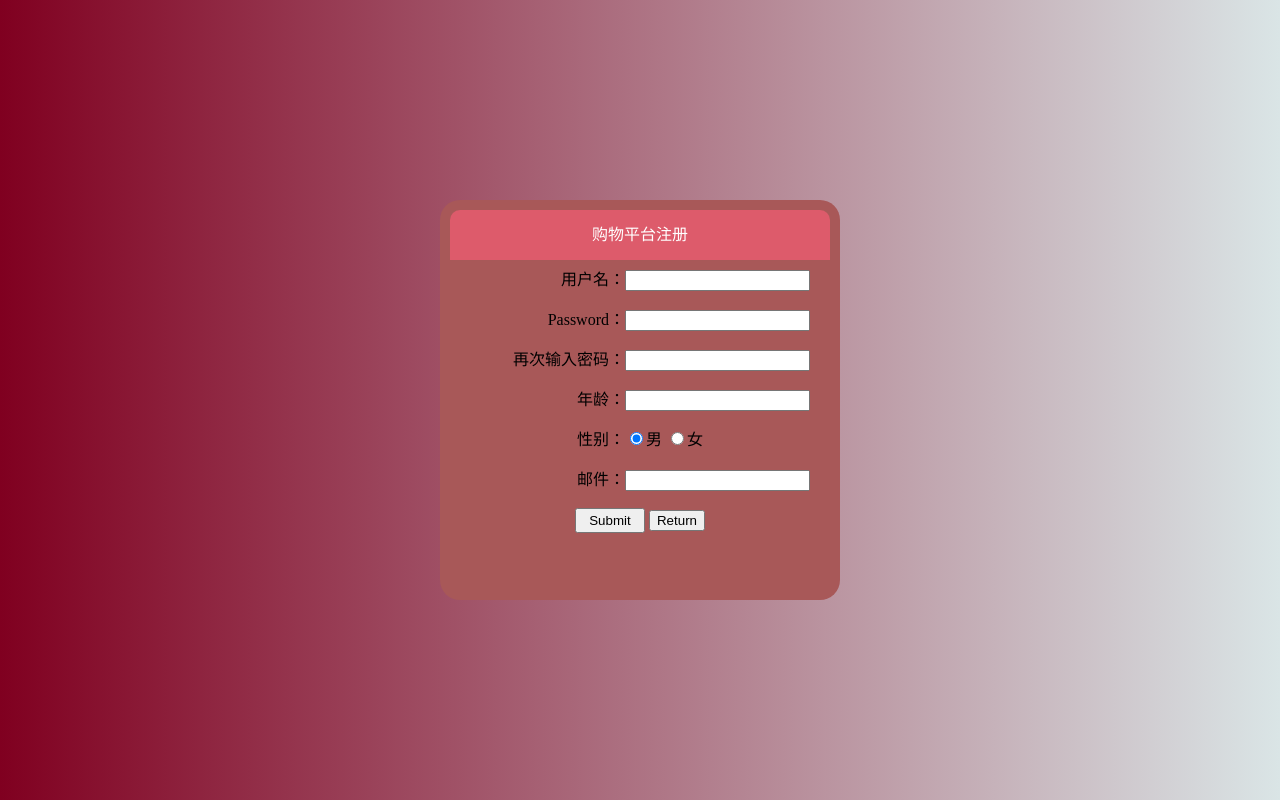
Repository: CreativeNothings/CQUPT-training
Page: ShoppingPlatform/WebContent/RegisterPage.html
An editor plug-in stored every save of this project. The page is shown before and after the next save, followed by the edit.
The browser window is 1280 px wide. The pictures show the whole page.

Above is the page before, as saved 2023-06-28 06:11:34.

After the next save:
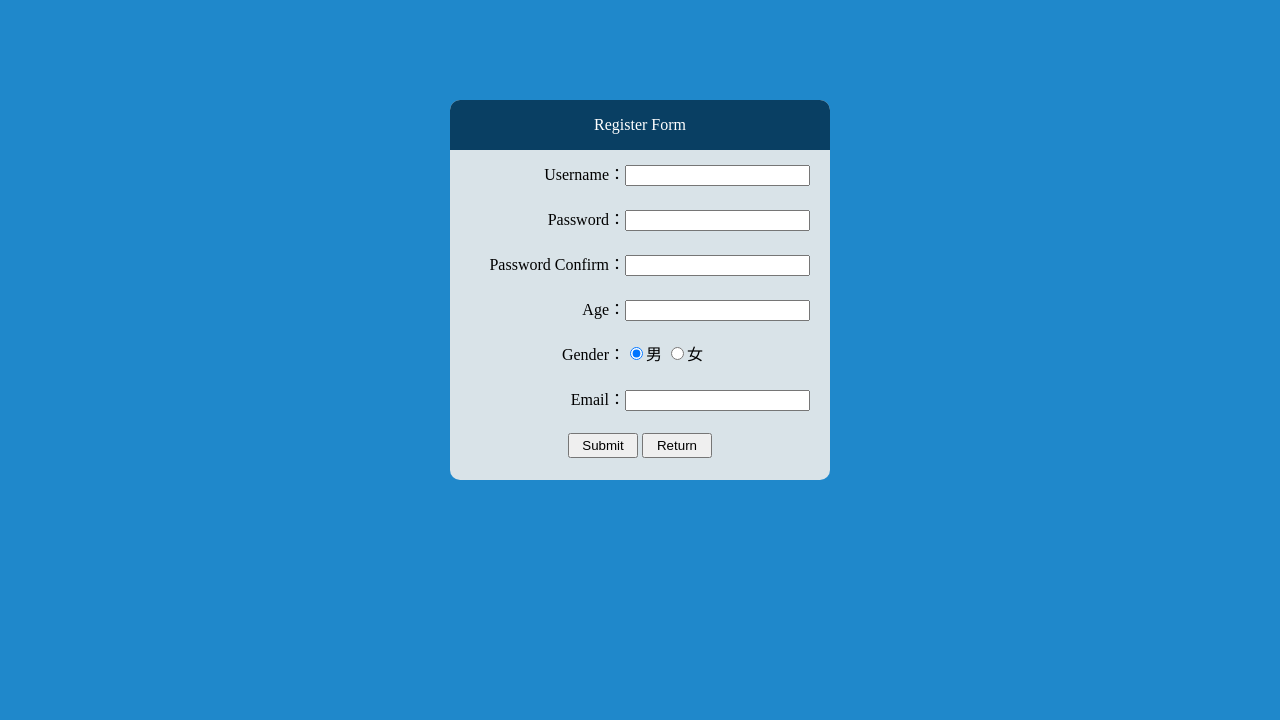
Saved 73 s later.
--- a/ShoppingPlatform/WebContent/RegisterPage.html
+++ b/ShoppingPlatform/WebContent/RegisterPage.html
@@ -1,77 +1,46 @@
 <!DOCTYPE html>
-<html lang="en">
-<head>
-    <meta charset="UTF-8">
-    <title>Register</title>
-</head>
+<html>
 <script>
-    function validateForm(){//验证用户名密码是否为空
-        let passconf=document.getElementById("passconf").value;
-        let age=document.getElementById("age").value;
-        let email=document.getElementById("email").value;
+    function validateForm() {
         let username = document.getElementById("username").value;
         let password = document.getElementById("password").value;
-        if(username == ""||password == ""||passconf==""||age==""||email==""){
-            alert("All fields must be filled out");
-            return;
-        }
-        if(password!=passconf){
-            alert("the two passwords are inconsistent");
-            document.getElementById("password").value="";
-            document.getElementById("passconf").value="";
-            document.getElementById("password").focus();
-            return;
-        }
-        if(!isNumber(age)){
-            alert("the age must be filled numbers");
-            return;
-        }
-        if(!isEmail(email)){
-            alert("the email format is not correct");
+        if (username == "" || password == "") {
+            alert("username and  password must be filled out");
             return;
         }
         document.getElementById("myForm").submit();
-
-    }
-    function isNumber(val){
-        var regPos=/^[0-9]+.?[0-9]*/;
-        return regPos.test(val);
-    }
-    function isEmail(val){
-        var reg=/^([a-zA-Z]|[0-9])(\w|\-)+@[a-zA-Z0-9]+\.([a-zA-Z]{2,4})$/;
-        return reg.test(val);
     }
 </script>
 <style>
     body{
-        background:linear-gradient(to right,#800020,#DAE5E6 )
+        background: #1f88cb;
     }
     .register{
         width: 380px;
         height: 380px;
-        background:#a85858;
-        padding: 10px;/*内边距*/
-        margin:200px auto;/*盒子顶部距离200，水平居中*/
-        border-radius: 20px;/*边角弧度*/
+        background:#d9e3e8;
+        margin:100px auto;/*盒子顶部距离200，水平居中*/
+        border-radius: 10px;/*圆角10个像素*/
     }
     .register_top{
-        width:100%;
-        height:50px;
-        background:#DD5B6B;
-        float:left;
-        border-radius: 10px 10px 0px 0px;
-        color:white;
-        text-align: center;
-        line-height: 50px;/*因为行高和盒子高度一致，所以居中*/
+        width: 100%;
+        height: 50px;
+        background:#093f63;
+        float: left;
+        border-radius: 10px 10px 0px 0px;/* 圆角四个参数的写法分别指左上，右上，右下 左下 */
+        color: white;
+        text-align: center; /* 水平居中 */
+        line-height: 50px; /* 垂直居中 */
     }
     .ref{
-        width:350px;
-        height:40px;
-        /*background: red;*/
+        width: 350px;
+        height: 40px;
+        /*background:red;  这个背景色后面是要去掉的*/
         margin-left: 15px;
-        margin-right: 5px;
-        float: left;/*不用浮动会输入框行重叠在一起*/
-        text-align: center;/*规定元素中的文本的水平对齐方式,看不出区别*/
+        margin-top: 5px;
+        /* 以上两句可以简写为margin:5px opx opk 10px; */
+        float: left; /*在这里你可以试着不加浮动，就知道浮动的作用了*/
+        text-align: center;
         line-height: 40px;
     }
     .ref1{
@@ -96,21 +65,24 @@
         text-align: left;
         line-height: 40px;
     }
-    #btn,#res，#return{
+    #btn,#res,#return{
         width: 70px;
         height: 25px;
         font-size: 10pt;
     }
 </style>
+
 <body>
 <div class="register">
-    <div class="register_top">
-        购物平台注册
-    </div>
-    <form id="myForm" action="index.htm" method="post">
+    <div class="register_top">Register Form</div>
+    <form id="myForm" action="index.htm"  method="post">
         <div class="ref">
-            <div class="ref1">用户名：</div>
-            <div class="ref2"><input type="text" id="username" /></div>
+            <div class="ref1">
+                Username：
+            </div>
+            <div class="ref2">
+                <input type="text" id="username" />
+            </div>
         </div>
         <div class="ref">
             <div class="ref1">
@@ -122,7 +94,7 @@
         </div>
         <div class="ref">
             <div class="ref1">
-                再次输入密码：
+                Password Confirm：
             </div>
             <div class="ref2">
                 <input type="password" id="passconf" />
@@ -130,7 +102,7 @@
         </div>
         <div class="ref">
             <div class="ref1">
-                年龄：
+                Age：
             </div>
             <div class="ref2">
                 <input type="text" id="age" />
@@ -138,16 +110,16 @@
         </div>
         <div class="ref">
             <div class="ref1">
-                性别：
+                Gender：
             </div>
             <div class="ref2">
-                <input type="radio" id="gender1" value="男" checked>男
-                <input type="radio" id="gender2" value="女">女
+                <input type="radio" id="gender" value="男" checked>男
+                <input type="radio" id="gender" value="女">女
             </div>
         </div>
         <div class="ref">
             <div class="ref1">
-                邮件：
+                Email：
             </div>
             <div class="ref2">
                 <input type="text" id="email" />
